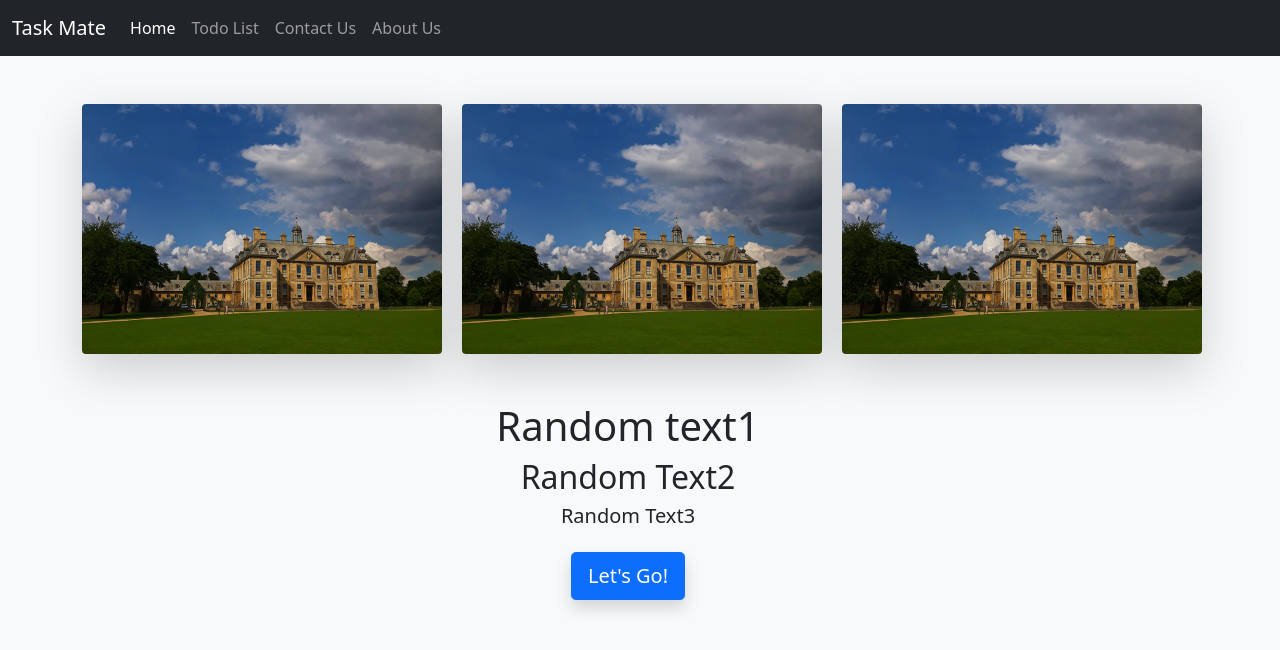
Repository: itathagata/Registration_System
Page: http://localhost/
An editor plug-in stored every save of this project. The page is shown before and after the next save, followed by the edit.
The browser window is 1280 px wide. The pictures show the whole page.
The page is served by the project's application, run on Django 2.2 (manage.py). Other server files are loaded and not shown.

Above is the page before, as saved 2021-06-05 12:24:13.

### todolist_app/views.py
from django.http.response import HttpResponse
from django.shortcuts import redirect, render
from django.http import HttpResponse
from todolist_app.models import TaskList
from todolist_app.forms import TaskForm
from django.contrib import messages
from django.core.paginator import Paginator
# Create your views here.
context = {'welcome':"Welcome to Todo List Page.",
    'contact_text':"Welcome to Todo List Contact Page.",
    'about_text':"Welcome to Todo List About Page.",
    'index_text':"Welcome to Todo List Index Page.",}
def todolist(request):
    if request.method == "POST":
        form = TaskForm(request.POST or None)
        if form.is_valid():
            form.save()
        messages.success(request,("New Student Added!"))
        return redirect('todolist')
    else:
        all_tasks = TaskList.objects.all()
        paginator = Paginator(all_tasks, 5)
        page = request.GET.get('pg')
        all_tasks = paginator.get_page(page)
        return render(request, 'todolist.html',{'all_tasks':all_tasks})



def complete_task(request,task_id):
    task = TaskList.objects.get(pk=task_id)
    task.Attendance = True
    task.save()
    return redirect('todolist')


def pending_task(request,task_id):
    task = TaskList.objects.get(pk=task_id)
    task.Attendance = False
    task.save()
    return redirect('todolist')

def delete_task(request,task_id):
    task = TaskList.objects.get(pk=task_id)
    task.delete()
    return redirect('todolist')




def edit_task(request,task_id):
    if request.method == "POST":
        task = TaskList.objects.get(pk=task_id)
        form = TaskForm(request.POST or None,instance=task)
        if form.is_valid():
            form.save()
        messages.success(request,("Edited!"))
        return redirect('todolist')
    else:
        task_obj = TaskList.objects.get(pk=task_id)
        return render(request, 'edit.html',{'task_obj':task_obj})


def contact(request):
    return render(request, 'contact.html',context)
def about(request):
    return render(request, 'about.html',context)

def index(request):
    return render(request, 'index.html',context)

### todolist_app/templates/index.html
{% extends 'base.html' %}
{% load static %}
{% block title %}
<title>Welcome</title>
{% endblock title %}

{% block content %}
    <div class="container">
        <div class="row mt-5">
            <div class="col-lg-4">
                <img src="{% static 'images/background.jpg'%}" class="rounded-lg shadow-lg rounded" alt="Background" width="360"height="250">
            </div>
            <div class="col-lg-4">
                <img src="{% static 'images/background.jpg'%}" class="rounded-lg shadow-lg rounded" alt="Background" width="360"height="250">
            </div>
            <div class="col-lg-4">
                <img src="{% static 'images/background.jpg'%}" class="rounded-lg shadow-lg rounded" alt="Background" width="360"height="250">
            </div>
            <div class="row mt-5">
                <div class="col-md-10 offset-md-1">
                    <center><p class="h1">Random text1</p></center>
                    <center><p class="h2">Random Text2</p></center>
                    <center><p class="h5">Random Text3</p></center>
                    <center><a href="{% url 'todolist'%}"><button type="button" class="btn btn-primary btn-lg mt-3 shadow">Let's Go!</button></a></center>
                </div>
            </div>

        </div>
{% endblock content %}

### templates/base.html
<!doctype html>
<html lang="en">
  <head>
    <!-- Required meta tags -->
    <meta charset="utf-8">
    <meta name="viewport" content="width=device-width, initial-scale=1">

    <!-- Bootstrap CSS -->
    <link href="https://cdn.jsdelivr.net/npm/bootstrap@5.0.1/dist/css/bootstrap.min.css" rel="stylesheet" integrity="sha384-+0n0xVW2eSR5OomGNYDnhzAbDsOXxcvSN1TPprVMTNDbiYZCxYbOOl7+AMvyTG2x" crossorigin="anonymous">

    {% block title %}{% endblock title %}
    <nav class="navbar navbar-expand-lg navbar-dark bg-dark">
  <div class="container-fluid">
    <a class="navbar-brand" href="{% url 'index'%}">Task Mate</a>
    <button class="navbar-toggler" type="button" data-bs-toggle="collapse" data-bs-target="#navbarNavAltMarkup" aria-controls="navbarNavAltMarkup" aria-expanded="false" aria-label="Toggle navigation">
      <span class="navbar-toggler-icon"></span>
    </button>
    <div class="collapse navbar-collapse" id="navbarNavAltMarkup">
      <div class="navbar-nav">
        <a class="nav-link active" aria-current="page" href="{% url 'index'%}">Home</a>
        <a class="nav-link" href="{% url 'todolist'%}">Todo List</a>
        <a class="nav-link" href="{% url 'contact'%}">Contact Us</a>
        <a class="nav-link" href="{% url 'about'%}">About Us</a>
      </div>
    </div>
  </div>
</nav>
  </head>
  <body class="bg-light">
  {% block content %}{% endblock content %}
    <script src="https://cdn.jsdelivr.net/npm/bootstrap@5.0.1/dist/js/bootstrap.bundle.min.js" integrity="sha384-gtEjrD/SeCtmISkJkNUaaKMoLD0//ElJ19smozuHV6z3Iehds+3Ulb9Bn9Plx0x4" crossorigin="anonymous"></script>
  </body>
</html>

### taskmate/urls.py

from django.contrib import admin
from django.urls import path, include
from todolist_app import views as todolist_views
urlpatterns = [
    path('admin/', admin.site.urls),
    path('', todolist_views.index, name='index'),
    path('todolist', include('todolist_app.urls')),
    path('contact', todolist_views.contact, name='contact'),
    path('about-us', todolist_views.about, name='about'),
]

### todolist_app/urls.py
from todolist_app import views
from django.urls import path
urlpatterns = [
    path('/', views.todolist, name='todolist'),
    path('/delete/<task_id>', views.delete_task, name='delete_task'),
    path('/edit/<task_id>', views.edit_task, name='edit_task'),
    path('/complete/<task_id>', views.complete_task, name='complete_task'),
    path('/pending/<task_id>', views.pending_task, name='pending_task'),


]

After the next save:
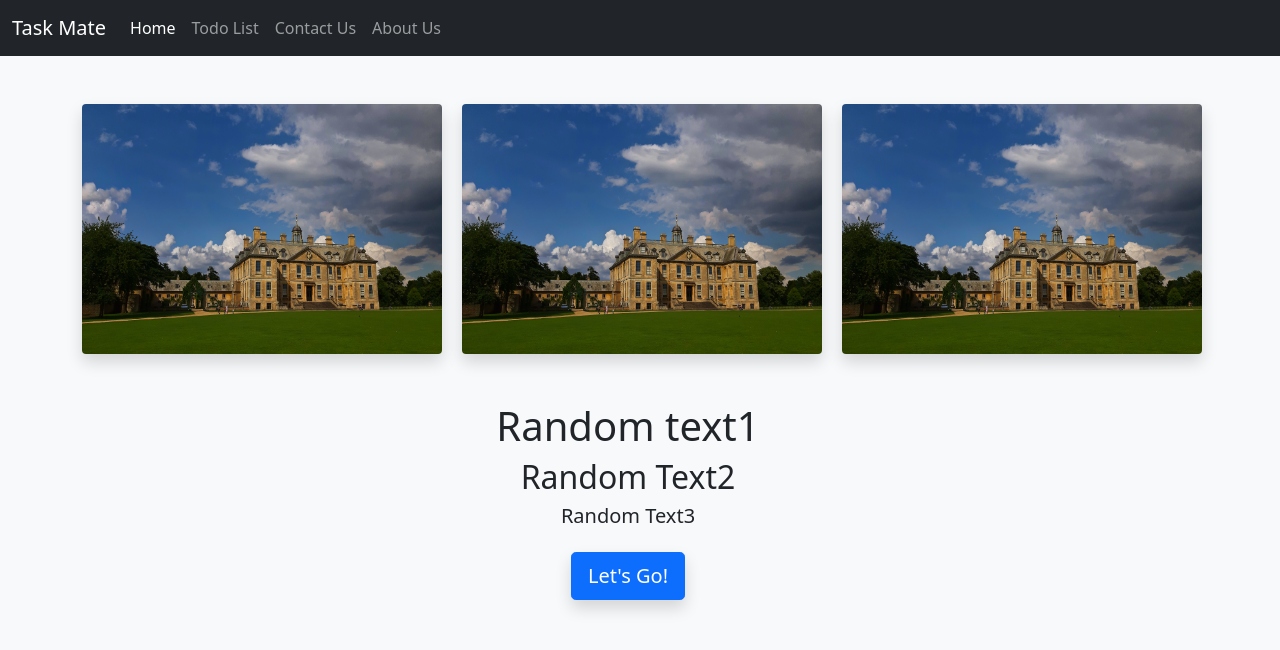
Saved 18 s later.
--- a/todolist_app/templates/index.html
+++ b/todolist_app/templates/index.html
@@ -8,13 +8,13 @@
     <div class="container">
         <div class="row mt-5">
             <div class="col-lg-4">
-                <img src="{% static 'images/background.jpg'%}" class="rounded-lg shadow-lg rounded" alt="Background" width="360"height="250">
+                <img src="{% static 'images/background.jpg'%}" class="rounded-lg shadow rounded" alt="Background" width="360"height="250">
             </div>
             <div class="col-lg-4">
-                <img src="{% static 'images/background.jpg'%}" class="rounded-lg shadow-lg rounded" alt="Background" width="360"height="250">
+                <img src="{% static 'images/background.jpg'%}" class="rounded-lg shadow rounded" alt="Background" width="360"height="250">
             </div>
             <div class="col-lg-4">
-                <img src="{% static 'images/background.jpg'%}" class="rounded-lg shadow-lg rounded" alt="Background" width="360"height="250">
+                <img src="{% static 'images/background.jpg'%}" class="rounded-lg shadow rounded" alt="Background" width="360"height="250">
             </div>
             <div class="row mt-5">
                 <div class="col-md-10 offset-md-1">
